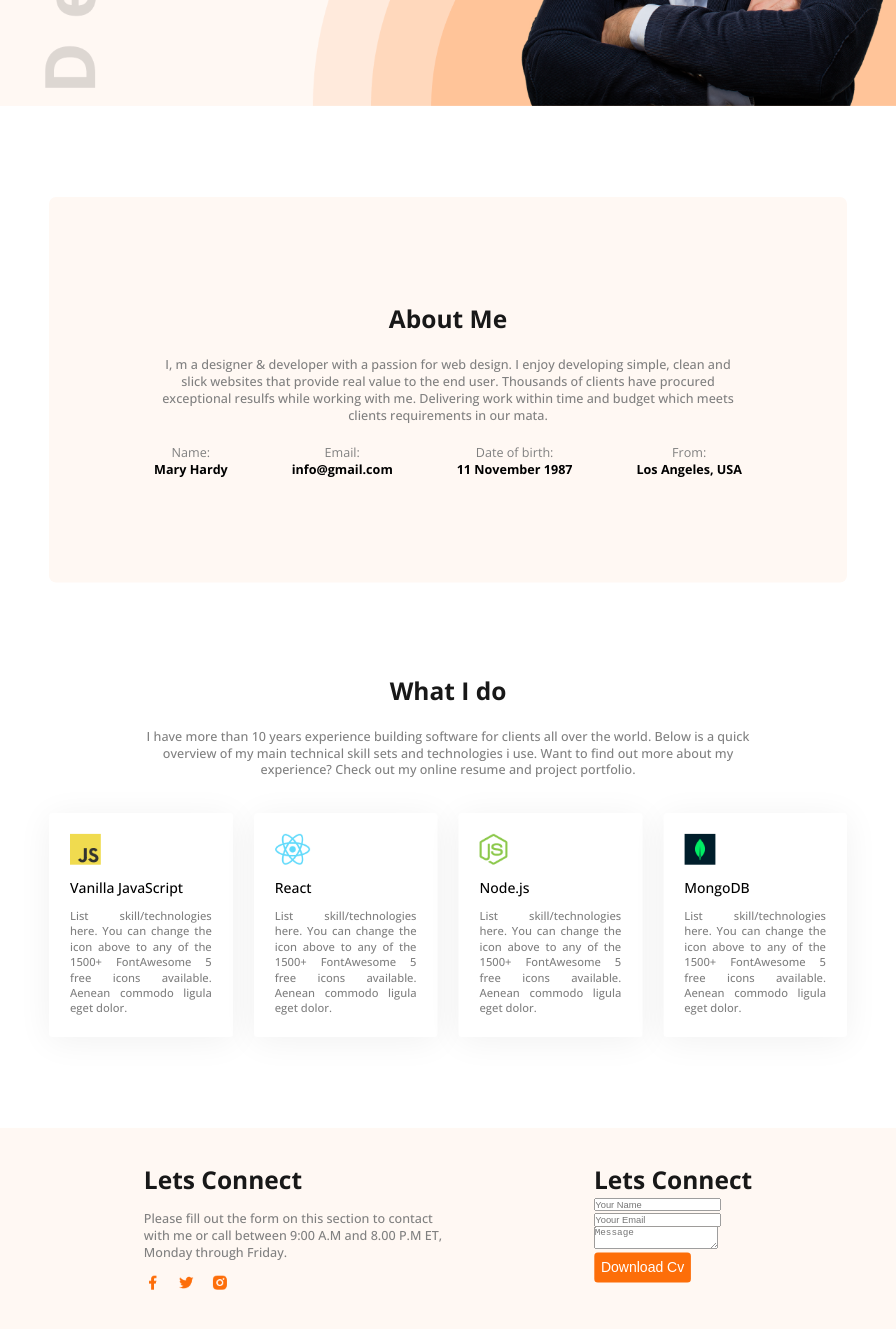
Repository: nahid-hasann/website-1
Page: index.html
The author's editor kept a copy of each file at every save. The page is drawn from the files as they stood at one save, then again after a run of saves.
The browser window is 1280 px wide. The pictures show the part of the page from y = 666 to 2586 px (the page is 2565 px tall before and 2586 px after), at 70% of full size.

Above is the page before, as saved 2025-07-08 14:09:02.

After the next 3 saves:
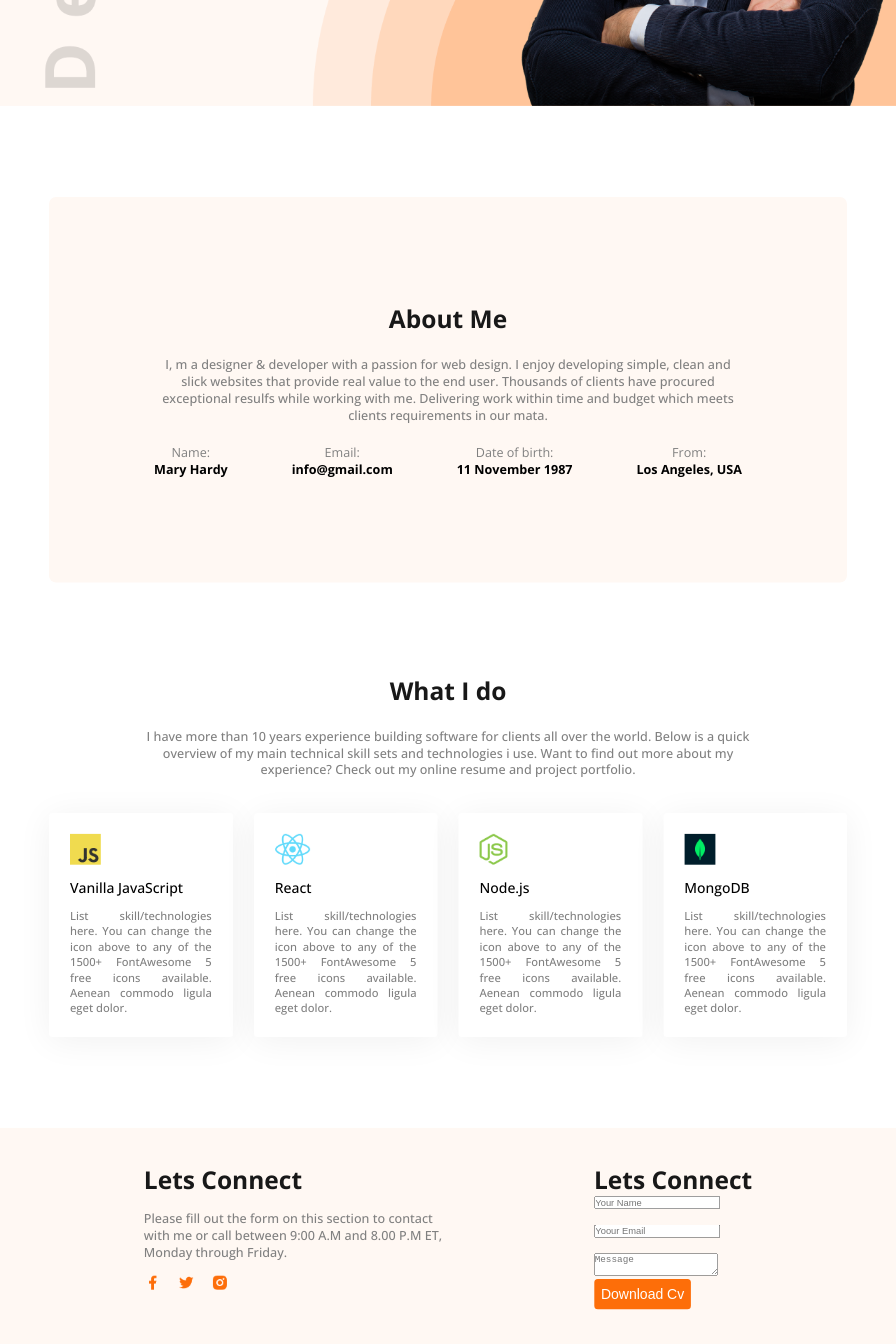
The 3 saves are shown as one change because they came seconds apart.
The last was saved 15 s later.
--- a/style.css
+++ b/style.css
@@ -225,5 +225,6 @@ margin-top: 20px;
 }
 
 .form input{
-
-}
+      display: block;
+      width: 80%;
+}
